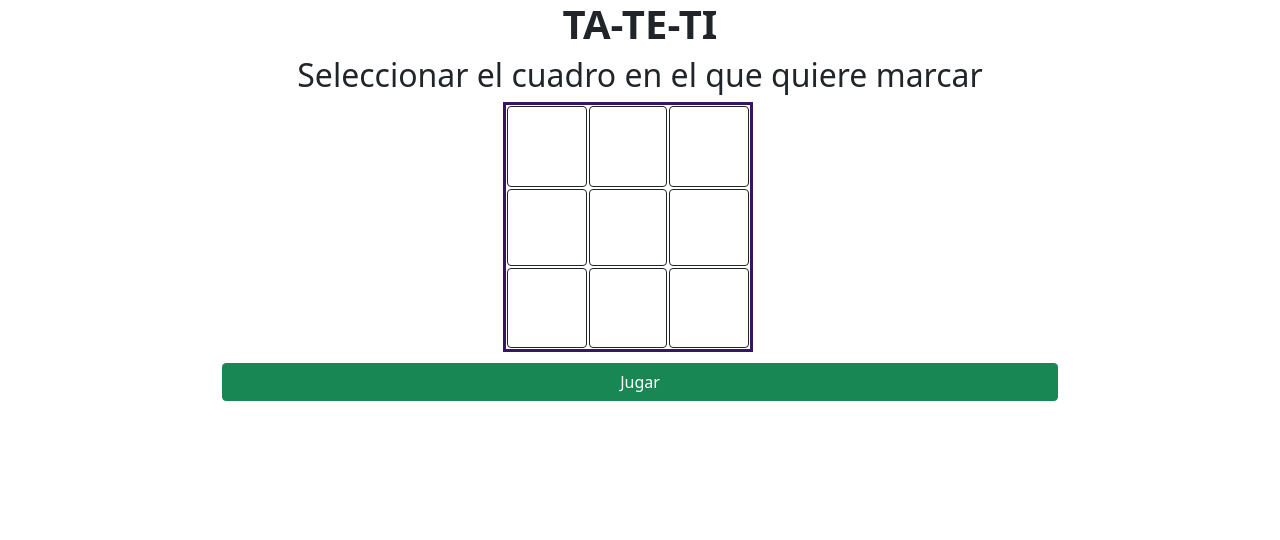
Repository: Lean97-start/TATETI
Page: Tateti.html
An editor plug-in stored every save of this project. The page is shown before and after a run of saves, followed by the edit.
The browser window is 1280 px wide. The pictures show the whole page.

Above is the page before, as saved 2021-07-11 23:12:19.
Console error: SyntaxError: Unexpected token ')'

### Tateti.html
<!DOCTYPE html>
<html lang="en">
<head>
    <meta charset="UTF-8">
    <link rel="stylesheet" type="text/css" href="Tateti.css">
    <link rel="stylesheet" href="Tateti.js">
    <link rel="stylesheet" type="text/css" href="https://necolas.github.io/normalize.css/8.0.1/normalize.css">
    <title>TATETI</title>
    <link href="https://cdn.jsdelivr.net/npm/bootstrap@5.0.2/dist/css/bootstrap.min.css" rel="stylesheet" integrity="sha384-EVSTQN3/azprG1Anm3QDgpJLIm9Nao0Yz1ztcQTwFspd3yD65VohhpuuCOmLASjC" crossorigin="anonymous">
</head>
<body>
    <div class="container">
        <H1 class="fw-bold">TA-TE-TI</H1>
        <H2 class="fw-normal">Seleccionar el cuadro en el que quiere marcar</H2>

            <div class="row w-100 h-100 bg-white">
                <table class="border-3" id="cuadro">
                    <tr>
                        <td><button class="btn border-dark w-100 h-100" id="11"></button></td>
                        <td><button class="btn border-dark w-100 h-100" id="21"></button></td>
                        <td><button class="btn border-dark w-100 h-100" id="31"></button></td>
                    </tr>
                    <tr>
                        <td><button class="btn border-dark w-100 h-100" id="12"></button></td>
                        <td><button class="btn border-dark w-100 h-100" id="22"></button></td>
                        <td><button class="btn border-dark w-100 h-100" id="32"></button></td>
                    </tr>
                    <tr>
                        <td><button class="btn border-dark w-100 h-100" id="13"></button></td>
                        <td><button class="btn border-dark w-100 h-100" id="23"></button></td>
                        <td><button class="btn border-dark w-100 h-100" id="33"></button></td>
                    </tr>
                </table>
            </div>
            <div class="row">
                <div class="btn ">
                    <button type="button" class="btn btn-success my-1 w-75" id="btn-jugar">Jugar</button>
                </div>
            </div>

        </div>
    <script src="Tateti.js"></script>
    <script src="https://cdn.jsdelivr.net/npm/bootstrap@5.0.2/dist/js/bootstrap.bundle.min.js" integrity="sha384-MrcW6ZMFYlzcLA8Nl+NtUVF0sA7MsXsP1UyJoMp4YLEuNSfAP+JcXn/tWtIaxVXM" crossorigin="anonymous"></script>
</body>
</html>

### Tateti.css
h1{
    font-size: 55px;
    text-align: center;
}
h2{
    font-size: 30px;
    text-align: center;
}
#cuadro{
    border: 1px rgb(54, 21, 100) solid;
    background: white;
    position: relative;
    height: 250px;
    width: 250px;
    margin: auto;

}
.entradas{
    text-align: center;
    font-family: Arial, Helvetica, sans-serif;
    font-size: 60px;
    height: 80px;
    width: 80px;
    box-sizing: border-box;

}

### Tateti.js
let var1, var2, var3,var4, var5,var6 = undefined
function mostrar(){
    let prueba = document.getElementById('v1');
    alert(prueba);
}
function jugarTurno (){
    if(){

    }
    else if (var1 != undefined || var2 != undefined || var3 != undefined ||var4 != undefined ||var5 != undefined || var6 != undefined ){

    }


}

After the next 2 saves:
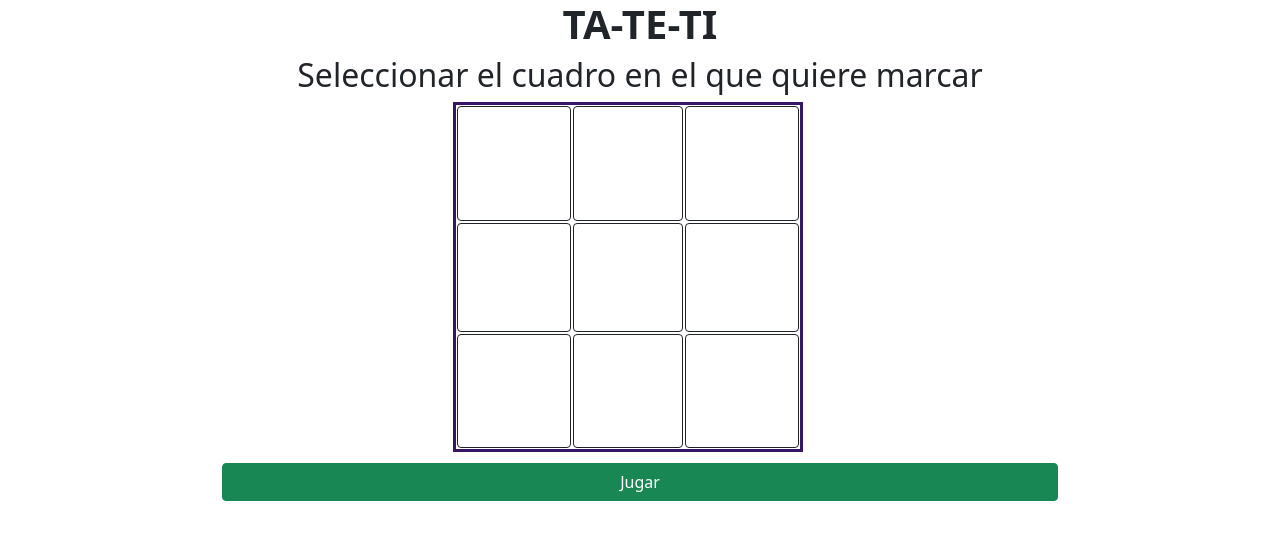
The 2 saves are shown as one change because they came seconds apart.
The last was saved 33 s later.
--- a/Tateti.css
+++ b/Tateti.css
@@ -10,8 +10,8 @@ h2{
     border: 1px rgb(54, 21, 100) solid;
     background: white;
     position: relative;
-    height: 250px;
-    width: 250px;
+    height: 350px;
+    width: 350px;
     margin: auto;
 
 }
